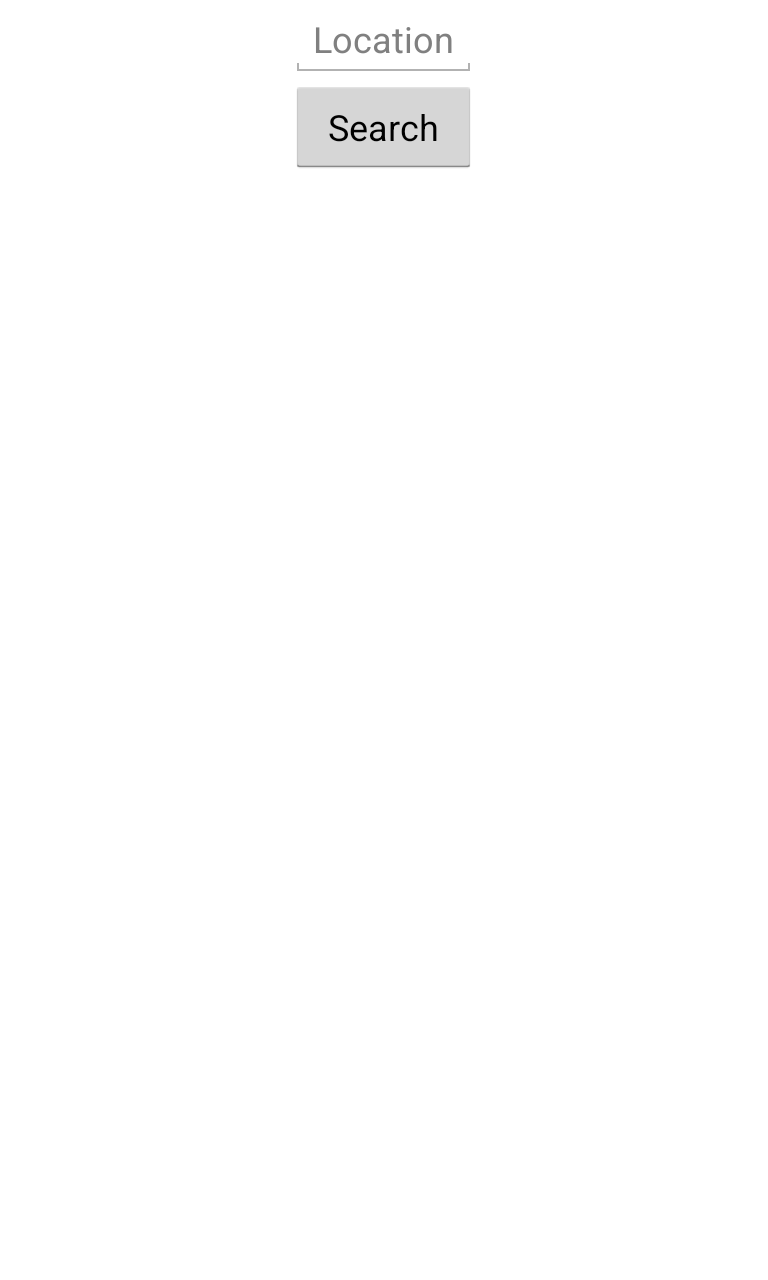
Repository: yc0211/line4U
Layout: line4U/res/layout/activity_main.xml
An editor plug-in stored every save of this project. The layout is shown before and after the next save, followed by the edit.
It is drawn on a 768 x 1280 px phone screen (xhdpi) without system bars, with theme AppTheme; the app's code is not run.

Above is the layout before, as saved 2013-08-18 17:19:56.

After the next save:
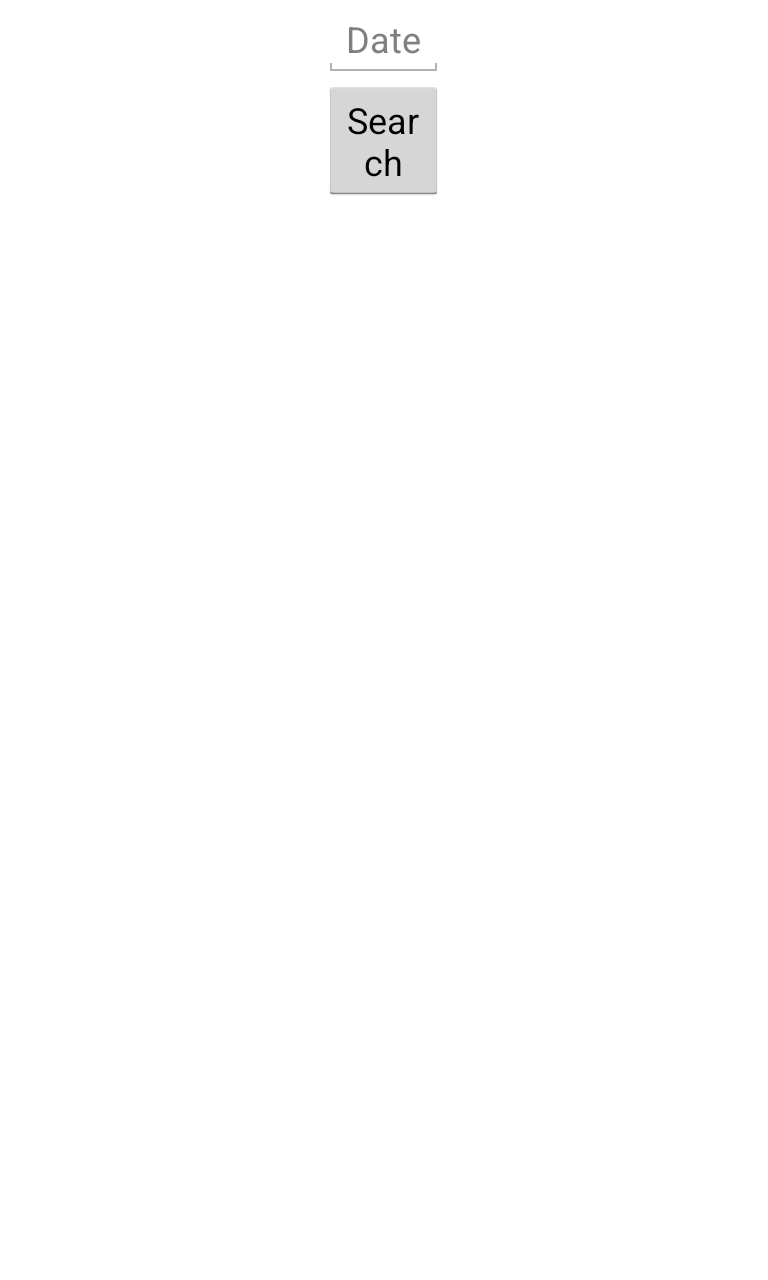
Saved 13 h 33 min later.
--- a/line4U/res/values/strings.xml
+++ b/line4U/res/values/strings.xml
@@ -3,7 +3,7 @@
 
     <string name="app_name">Line4U</string>
     <string name="action_settings">Settings</string>
-    <string name="te">Location</string>
+    <string name="te">Date</string>
     <string name="button">Search</string>
 
 </resources>
